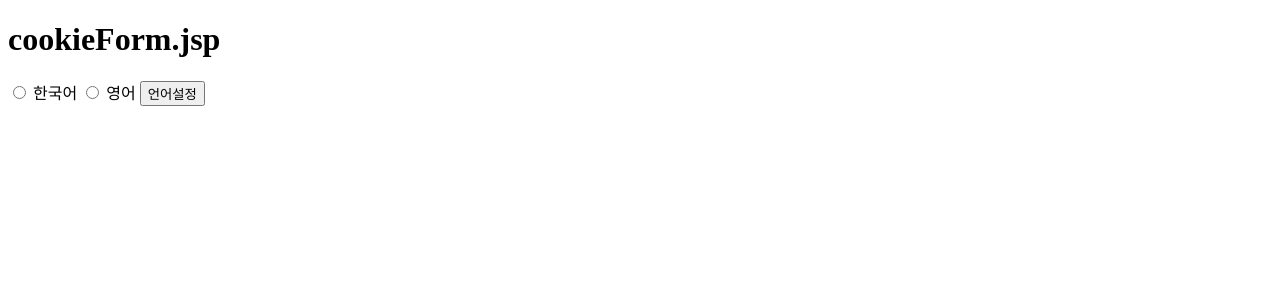
Repository: HeeYoung9/young9
Page: http://localhost/JSP7/jsp/cookieForm.jsp
These files come from the project's save history. The page is drawn as it stood at one moment and after the next save; the edit follows.
The browser window is 1280 px wide. The pictures show the whole page.
The page is served by Tomcat 9.

Above is the page before, as saved 2023-08-25 00:32:19.

After the next save:
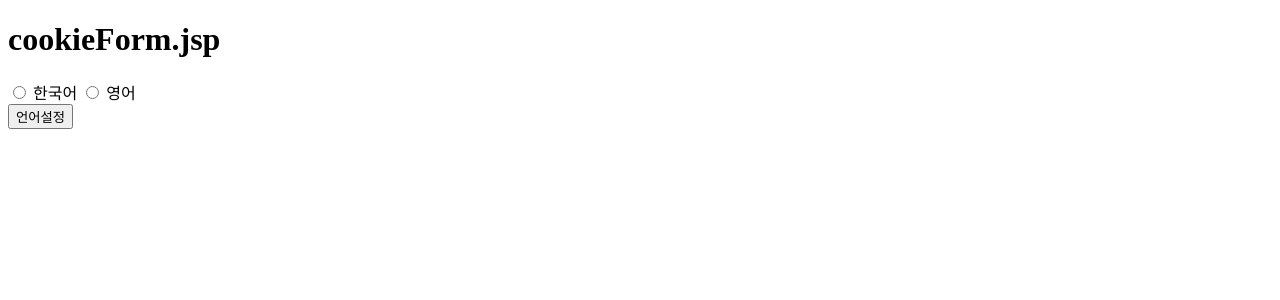
Saved 10 s later.
--- a/JSP7/src/main/webapp/jsp/cookieForm.jsp
+++ b/JSP7/src/main/webapp/jsp/cookieForm.jsp
@@ -12,7 +12,7 @@
 
 <form action="">
 	<input type="radio" name="language" value="kr"> 한국어
-	<input type="radio" name="language" value="en"> 영어
+	<input type="radio" name="language" value="en"> 영어 <br>
 	<input type="submit" value="언어설정">
 
 </form>
